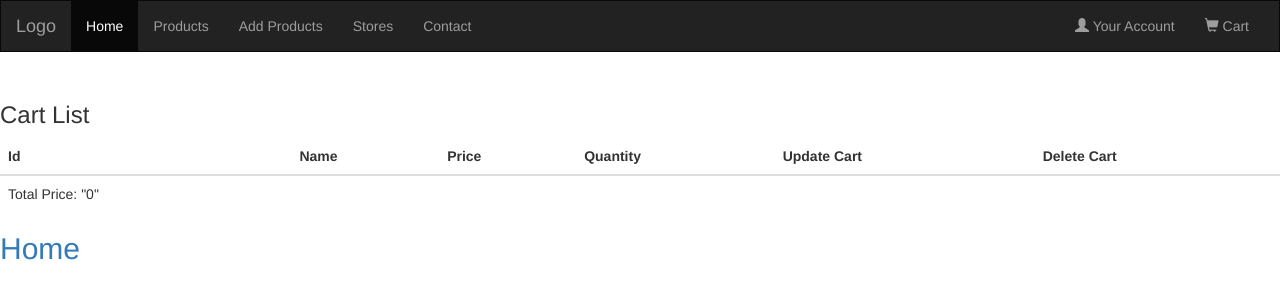
Repository: akashbhasy/AllTrainingProjects_MC-SB
Page: http://localhost/ProductPortalApp/WEB-INF/views/mycart.jsp
The author's editor kept a copy of each file at every save. The page is drawn from the files as they stood at one save, then again after the next save.
The browser window is 1280 px wide. The pictures show the whole page.
The page is served by Tomcat 9. Nobody is signed in. The template is opened directly, without the code that normally fills it, so the values that code supplies are empty.

Above is the page before, as saved 2021-05-16 16:46:24.

After the next save:
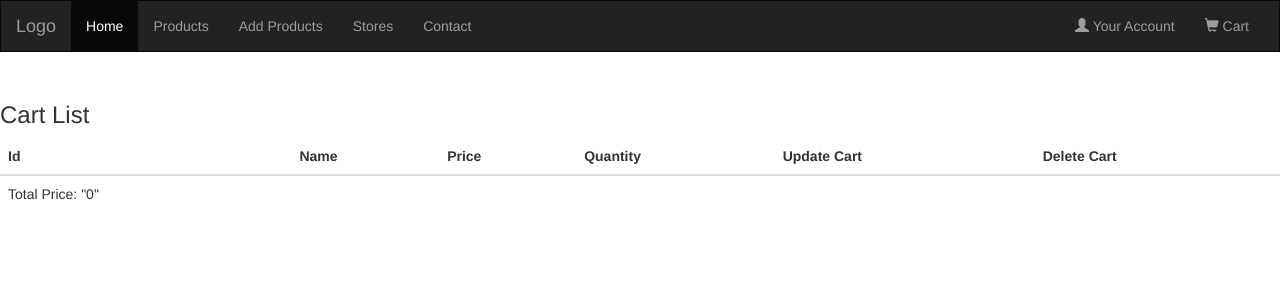
Saved 47 s later.
--- a/ProductPortalApp/src/main/webapp/WEB-INF/views/mycart.jsp
+++ b/ProductPortalApp/src/main/webapp/WEB-INF/views/mycart.jsp
@@ -84,9 +84,6 @@
 		<tr><td>Total Price: "${total}"  </td></tr>
 	</table>
 
-	<h2>
-		<a href="index">Home</a>
-	</h2>
 
 </body>
 </html>
